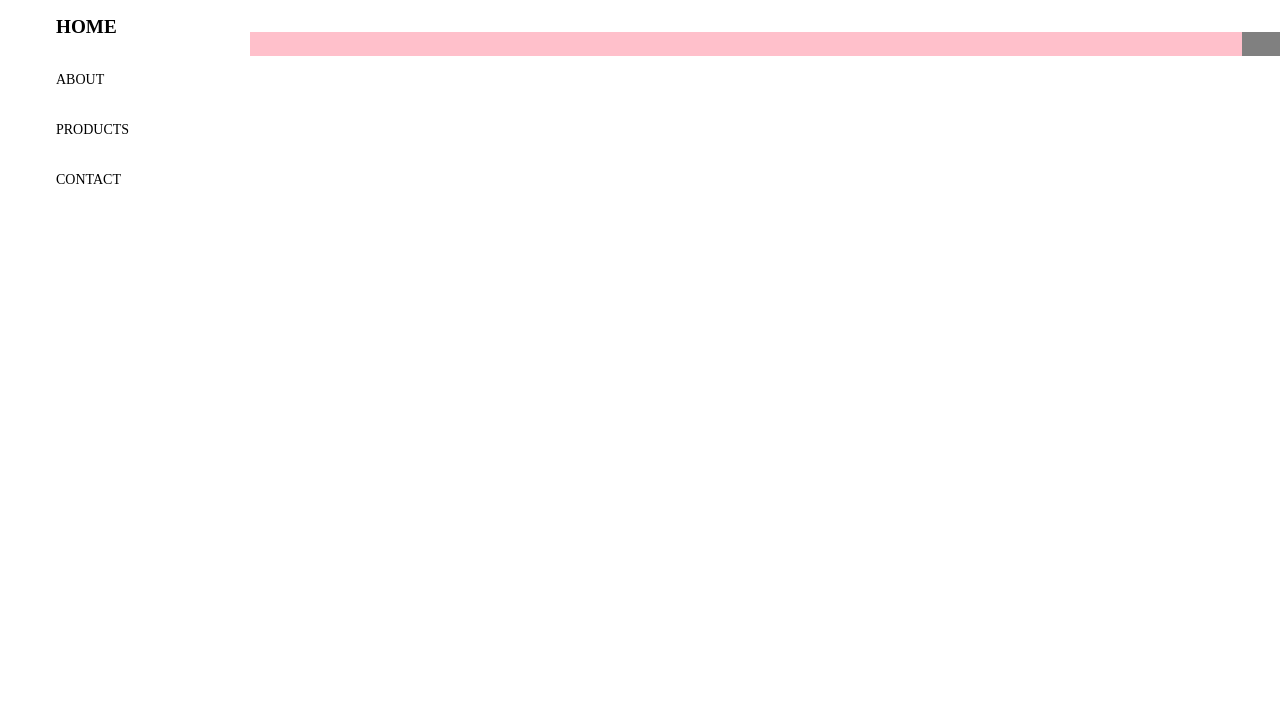
Repository: RalucaZota/cakeshop
Page: /
An editor plug-in stored every save of this project. The page is shown before and after the next save, followed by the edit.
The browser window is 1280 px wide. The pictures show the whole page.
The project was rebuilt for these pictures with package versions that can differ from the ones it lists, and the page was loaded fresh each time. Also part of the build but not shown: vite.config.js, src/views/Products.vue, src/views/About.vue, src/views/Contact.vue.

Above is the page before, as saved 2023-06-02 19:17:14.

After the next save:
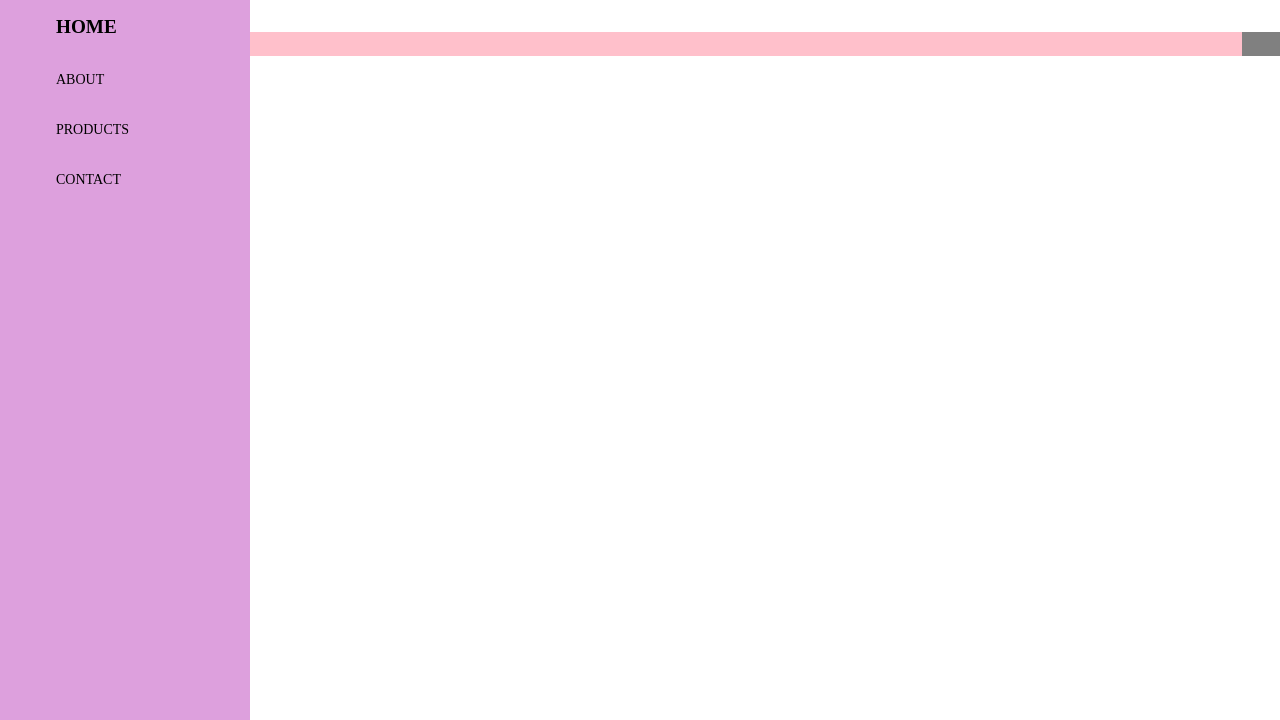
Saved 32 s later.
--- a/src/styles/Navbar.scss
+++ b/src/styles/Navbar.scss
@@ -95,7 +95,7 @@ header{
         width: 100%;
         max-width: 250px;
         height: 100%;
-        background-color: white;
+        background-color: plum;
         top: 0;
         left: 0;
         li{

After the save that followed:
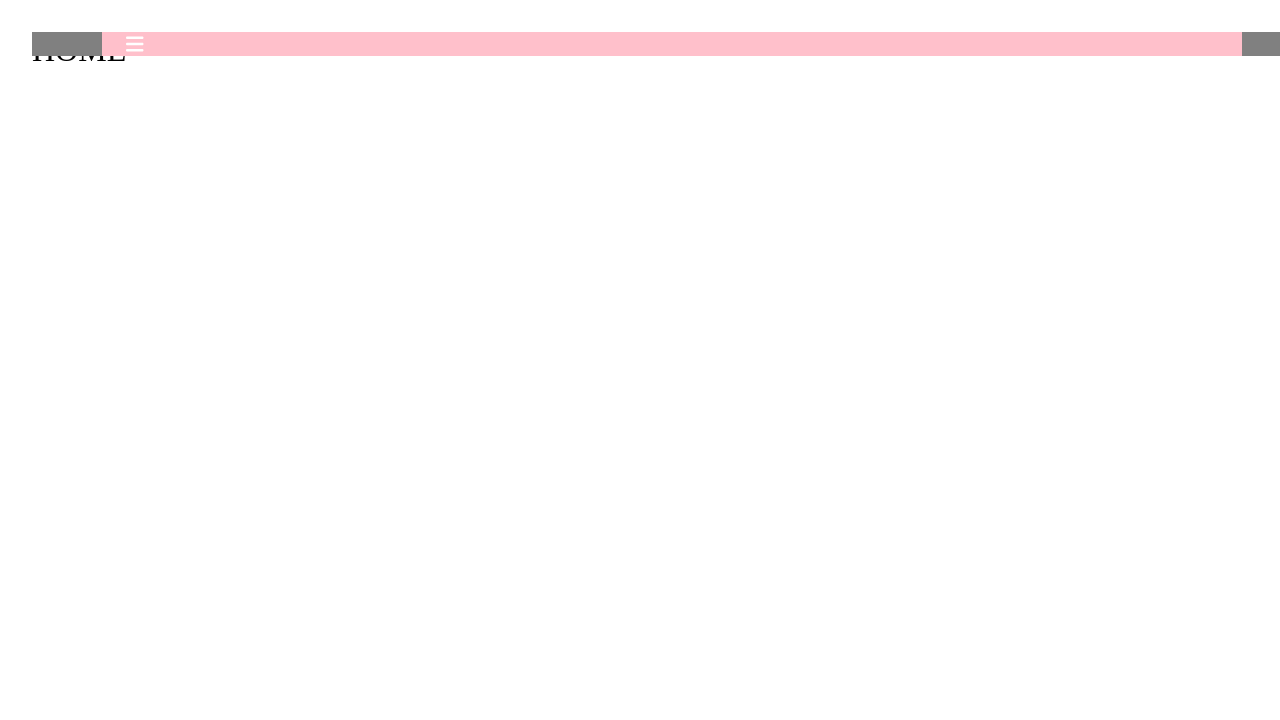
Saved 86 s later.
--- a/src/components/Navbar.vue
+++ b/src/components/Navbar.vue
@@ -75,8 +75,14 @@ export default {
     return {
       scrollPosition: null,
       mobile: true,
-      mobileNav: true,
+      mobileNav: null,
       windowWidth: null
+    }
+  },
+  methods:{
+    toggleMobileNav(){
+      this.mobileNav= !this.mobileNav
+
     }
   }
 }
